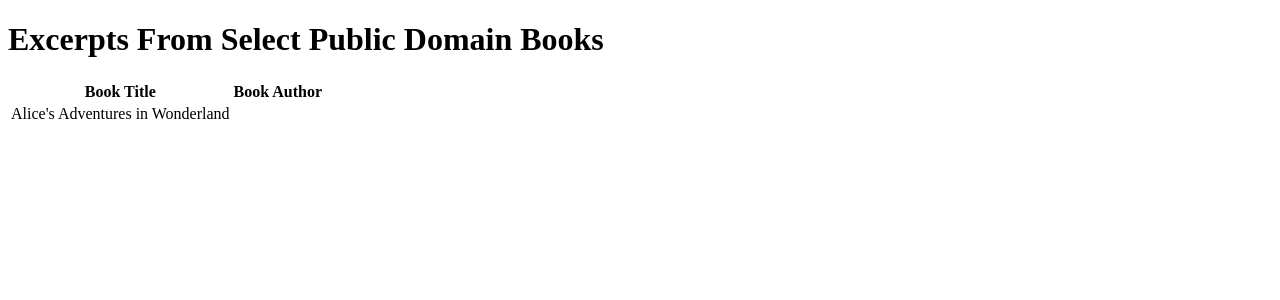
Repository: rishondass/ITMD361-Lab3
Page: index.html
An editor plug-in stored every save of this project. The page is shown before and after a run of saves, followed by the edit.
The browser window is 1280 px wide. The pictures show the whole page.

Above is the page before, as saved 2023-01-13 14:29:06.

### index.html
<!DOCTYPE html>
<html lang="en">
<head>
    <meta charset="UTF-8">
    <meta http-equiv="X-UA-Compatible" content="IE=edge">
    <meta name="viewport" content="width=device-width, initial-scale=1.0">
    <title>Excerpts From Select Public Domain Books</title>
</head>
<body>
    <h1>Excerpts From Select Public Domain Books</h1>
    <table>
        <thead>
            <tr>
                <th>
                    <strong>Book Title</strong>
                </th>
                <th>
                    <strong>Book Author</strong>
                </th>
            </tr>
        </thead>
        <tbody>
            <tr>
                <td>Alice's Adventures in Wonderland</td>
                <td></td>
            </tr>
        </tbody>
    </table>
</body>
</html>

After the next 4 saves:
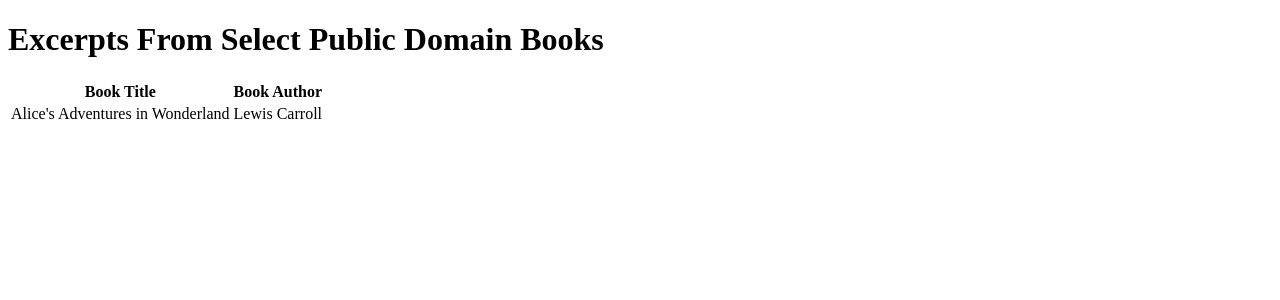
The 4 saves are shown as one change because they came seconds apart.
The last was saved 11 s later.
--- a/index.html
+++ b/index.html
@@ -22,6 +22,9 @@
         <tbody>
             <tr>
                 <td>Alice's Adventures in Wonderland</td>
+                <td>Lewis Carroll</td>
+            </tr>
+            <tr>
                 <td></td>
             </tr>
         </tbody>
